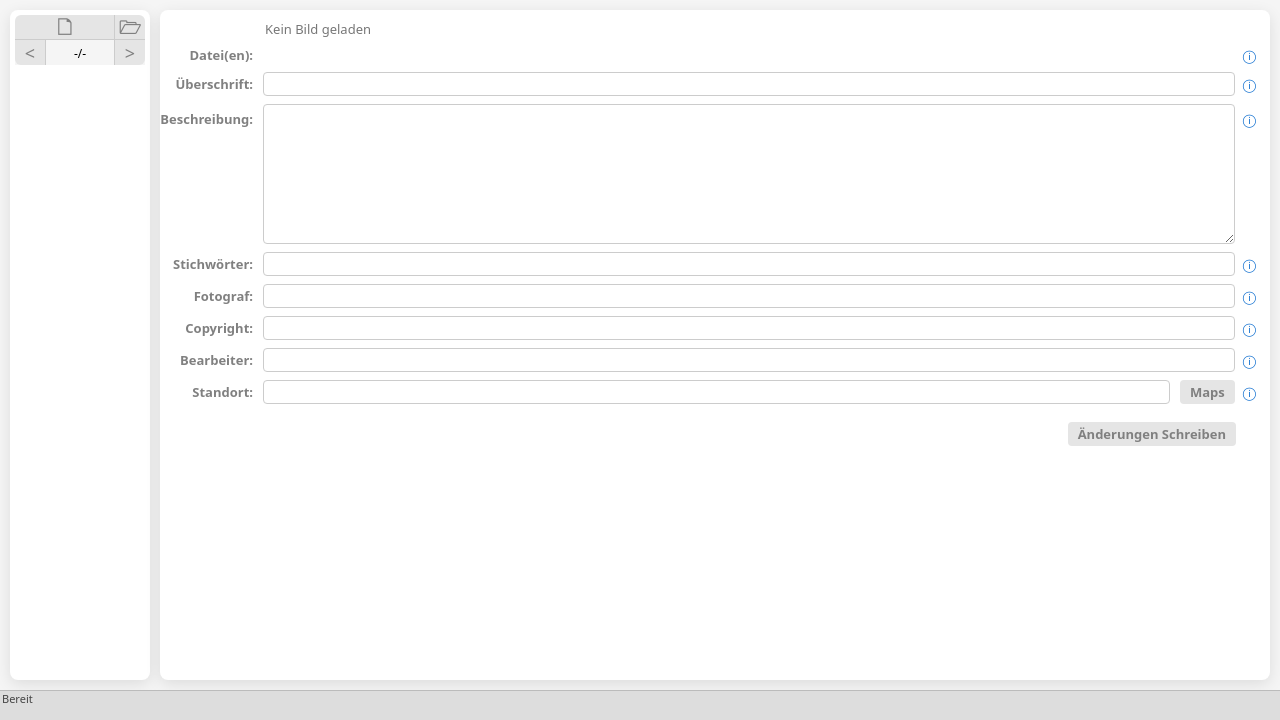
Repository: h-fahle/metadata
Page: ui/index.html
These files come from the project's save history. The page is drawn as it stood at one moment and after the next save; the edit follows.
The browser window is 1280 px wide. The pictures show the whole page.
The first visible `.form-row input` has the focus.

Above is the page before, as saved 2026-08-25 09:53:14.
Console error: TypeError: Cannot read properties of undefined (reading 'core')

### ui/index.html
<!DOCTYPE html>
<html lang="de">

<head>
	<meta charset="UTF-8">
	<title>Tauri ExifTool Test</title>
	<script src="script.js" defer></script>
	<link rel="stylesheet" href="style.css">
</head>

<body>

	<main id="main-container">

		<!-- Das Vorschaubild links -->
		<aside id="sidebar">

			<div class="split-button-container">
				<div class="main-row">
					<button class="open-files" onclick="waehleUndLadeBilder(false, true)">&#x1F5CB;</button>
					<button class="open-folder" onclick="waehleUndLadeBilder(true, false)">&#x1F5C1;</button>
				</div>
				<div class="pager-row">
					<button class="pager-btn prev-btn" onclick="blaettern(-1)">&lt;</button>
					<div id="img-nummer" class="pager-display">-/-</div>
					<button class="pager-btn next-btn" onclick="blaettern(1)">&gt;</button>
				</div>
			</div>

			<img id="vorschau-bild" src="" style="display:none;" />
			<div id="bild-info" style="text-align:center;">
				<span id="img-datum"></span><br>
				<span id="img-groesse"></span>
			</div>
		</aside>

		<!-- Das Formular rechts -->
		<section id="form-container">

			<div id="ordner-pfad">Kein Bild geladen</div>

			<div class="form-row">
				<label for="filename">Datei(en):</label>
				<div id="dynamischerBereich" style="width: 100%;">
					<!-- Input- / oder Select-Element -->
				</div>
				<div class="tooltip-container">
					<span class="info-icon">ⓘ</span>
					<div class="tooltip-box">Im Einzelmodus: Änderung des Dateinamens bewirkt Umbenennung der Datei.
						Im Stapelmodus: Dateinamen sind nicht änderbar.!
					</div>
				</div>
			</div>

			<div class="form-row">
				<label for="caption">Überschrift:</label>
				<input type="text" id="caption" name="caption" />
				<div class="tooltip-container">
					<span class="info-icon">ⓘ</span>
					<div class="tooltip-box">Auch: (Dokument-)Titel, Schlagzeile, Headline
					</div>
				</div>
			</div>

			<div class="form-row form-row-top">
				<label for="description">Beschreibung:</label>
				<textarea id="description" name="description"></textarea>
				<div class="tooltip-container">
					<span class="info-icon">ⓘ</span>
					<div class="tooltip-box">Beschreibender Text in beliebiger Länge.
						(Im Stapelmodus wird der eingegebene Text
						&nbsp;&nbsp; an vorhandenen angehängt.)
						Hinweis: Einige Programme zeigen nur 2.000 Zeichen
						&nbsp;&nbsp; oder auch weniger an.
					</div>
				</div>
			</div>

			<div class="form-row">
				<label for="keywords">Stichwörter:</label>
				<input type="text" id="keywords" name="keywords" />
				<div class="tooltip-container">
					<span class="info-icon">ⓘ</span>
					<div class="tooltip-box">Komma-separierte Liste. Groß-/Kleinschreibung beachten.
						Im Stapelmodus werden die eingegebenen Stichwörter
						&nbsp;&nbsp; an vorhandene angehängt.
					</div>
				</div>
			</div>

			<div class="form-row">
				<label for="creator">Fotograf:</label>
				<input type="text" id="creator" name="creator" />
				<div class="tooltip-container">
					<span class="info-icon">ⓘ</span>
					<div class="tooltip-box">Urheber, Ersteller, Autor
						(Tags: Artitst, Creator, By-line)
					</div>
				</div>
			</div>

			<div class="form-row">
				<label for="copyright">Copyright:</label>
				<input type="text" id="copyright" name="copyright" />
				<div class="tooltip-container">
					<span class="info-icon">ⓘ</span>
					<div class="tooltip-box">Urheberrechtshinweis; enthält in der Regel:
						Name des Fotografen, Aufnahmejahr und Nutzungsrechte;
						(z.B. 'Copyright [1975] [Mustermann], Alle Rechte vorbehalten')
					</div>
				</div>
			</div>

			<div class="form-row">
				<label for="editor">Bearbeiter:</label>
				<input type="text" id="editor" name="editor" />
				<div class="tooltip-container">
					<span class="info-icon">ⓘ</span>
					<div class="tooltip-box">Verfasser der Metadaten
						(Tags: Caption Writer, Writer Editor)
					</div>
				</div>
			</div>

			<div class="form-row">
				<label for="position">Standort:</label>
				<input type="text" id="position" name="position" />
				<button type="button" onclick="zeigeMaps(event)">Maps</button>
				<div class="tooltip-container">
					<span class="info-icon">ⓘ</span>
					<div class="tooltip-box">GPS-Koordinaten in Dezimalgrad (z.B.: 51.49129, 8.43317).
						Ermitteln der Koordinaten in der Google Maps-Karte:
						&nbsp; 1. mit rechter Maustaste auf den Standort klicken,
						&nbsp; 2. auf die angezeigten Koordinaten klicken,
						&nbsp; 3. der so gespeicherte Wert kann mit Strg+V
						&nbsp;&nbsp;&nbsp;&nbsp;&nbsp;&nbsp; hier eingefügt werden.
					</div>
				</div>
			</div>

			<!-- Button-Leiste -->
			<div class="button-group">
				<button type="button" onclick="exifSchreiben(event)">Änderungen
					Schreiben</button>
			</div>

		</section> <!-- Ende der form-containers-->
	</main> <!-- Ende des main-containers -->

	<footer id="statusleiste">
		<div id="status-text">
			Bereit
		</div>
	</footer>


</body>

</html>

### ui/style.css
:root {
	--app-font: system-ui, -apple-system, "Segoe UI", Roboto, Helvetica, Arial, sans-serif;
	--app-font-size: 13px;
}

/* 1. Das App-Fenster exakt auf 100% fixieren (kein äußeres Scrollen) */
html, body {
	margin: 0;
	padding: 0;
	height: 100vh;
	width: 100vw;
	overflow: hidden; /* Verhindert jegliche äußere Scrollbalken */
	background: #f5f5f5;
	display: flex;
	flex-direction: column; /* Hauptinhalt oben, Statusleiste unten */
	font-family: var(--app-font);
	font-size: var(--app-font-size);
}

input,
textarea,
button,
select {
	font-family: var(--app-font) !important;
	font-size: var(--app-font-size) !important;
}

/* Allumfassender Box-Sizing-Fix für die gesamte App */
*, *::before, *::after {
	box-sizing: border-box;
}

/* 2. Der Hauptbereich füllt den gesamten oberen Platz aus --------------------------- */
#main-container {
	flex: 1;
	display: flex;
	flex-direction: row; /* Elemente nebeneinander */
	gap: 10px;
	padding: 10px;
	overflow: hidden; /* Verhindert, dass Riesen-Inhalte das Fenster sprengen */
}

/* 3. LINKS: Die Sidebar mit fester Breite */
#sidebar {
	width: 140px;
	min-width: 140px; /* Lässt die Sidebar niemals schrumpfen */
	background-color: #ffffff;
	border-radius: 8px;
	padding: 5px;
	box-shadow: 0 4px 15px rgba(0, 0, 0, 0.1);
}

#vorschau-bild {
	max-width: 130px;
	margin: 15px auto;
	height: auto;
}

/* 4. RECHTS: Das Formular nimmt den gesamten Rest ein und wächst mit */
#form-container {
	flex: 1; /* Nimmt 100% des restlichen Platzes ein */
	min-width: 0; /* Erlaubt Flexbox, die Box bei Bedarf zu verkleinern */
	background-color: #ffffff;
	border-radius: 8px;
	padding: 10px;
	display: flex;
	flex-direction: column;
	gap: 8px;
	box-shadow: 0 4px 15px rgba(0, 0, 0, 0.1);
}

#ordner-pfad {
	margin-left: 95px !important;
	color: #777777;
}

/* Jede Zeile wird zu einer horizontalen Flexbox */
.form-row {
	display: flex !important;
	flex-direction: row;
	align-items: center; /* Richtet Label und Input vertikal mittig zueinander aus */
	gap: 10px;           /* Abstand zwischen Label und Input */
	width: 100%;
}

/* Die Labels bekommen eine feste Breite, damit alle Inputs sauber untereinander starten */
.form-row label {
	width: 95px;         /* Breite je nach längstem Label-Text anpassen */
	min-width: 95px;     /* Verhindert, dass das Label zusammengedrückt wird */
	text-align: right;   /* Optional: Richtet den Text rechtsbündig zum Input aus */
	color: gray;
	font-weight: bold;
	margin-left: -12px;
}

/* Die Eingabefelder füllen jetzt den gesamten restlichen Platz der Zeile aus */
.form-row input,
.form-row textarea,
.form-row select {
	flex: 1;             /* Zwingt das Input-Feld, den Rest der Zeile einzunehmen */
	width: 100%;
	min-width: 0;        /* Erlaubt dem Input, bei sehr kleinen Fenstern stabil zu schrumpfen */
	border: 1px solid #ccc;
	border-radius: 4px;
	padding: 2px;
	-webkit-font-smoothing: antialiased;
	outline: none;
}
.form-row select {
	height: 25px;
	padding: 0;
}
.form-row textarea {
	min-height: 140px;
}

/* Ändert die Ausrichtung für die Textarea-Zeile nach oben */
.form-row-top {
	align-items: flex-start !important; /* Richtet Label, Textarea und Icon oben aus */
}
.form-row-top label,
.form-row-top .tooltip-container {
	padding-top: 6px; /* Verhindert, dass das Label zu weit oben klebt */
}


/* 5. UNTEN: Die Statusleiste mit fixer Höhe und eigenem Scrollbalken */
#statusleiste {
	height: 30px;  /* Feste Höhe für ca. 2 Zeilen Text */
	min-height: 30px;
	border-top: 1px solid #bbb;
	background-color: #ddd;
	font-size: 11px;
	color: #444;
	padding: 0 2px;
	overflow-y: auto;  /* Vertikaler Scrollbalken erscheint NUR bei Bedarf */
	overflow-x: hidden;  /* Verhindert horizontales Scrollen in der Statusleiste */
	-webkit-font-smoothing: antialiased;
}


/* Bedien-Elemente -------------------------------------------- */
button {
	padding: 3px 10px;
	font-weight: bold;
	cursor: pointer;
	border: none;
	background-color:#e5e5e5;
	color: gray;
}
button:hover {
	background-color: gray;
	color: white;
}
.button-group button,
.form-row button {
	border-radius: 4px;
}

	/* ------------------------------------------------------------------------------ */
	/* Container hält die Steuer-Buttons zusammen */
	.split-button-container {
	  display: inline-flex;
	  flex-direction: column;
	  position: relative;
	  font-family: system-ui, -apple-system, sans-serif;
	  width:130px;
	}

	/* Obere Reihe */
	.main-row {
	  height: 25px;
	  display: flex;
	  border-bottom: 1px solid #ccc; /* Trennlinie zur zweiten Reihe */
	}

	/* Untere Reihe */
	.pager-row {
	  height: 25px;
	  display: flex;
	  align-items: center;
	  background-color: #f5f5f5;
	}

	/* Gemeinsames Design für die Button-Teile */
	.open-files,
	.open-folder,
	.prev-btn,
	.next-btn {
	  font-size: 18px  !important;
	  padding: 0;
	  cursor: pointer;
	  transition: background-color 0.2s;
	}
	.prev-btn,
	.next-btn {
		font-weight: normal;
	}

	/* Hauptbutton oben links */
	.open-files {
	  width: 100%;
	  border-top-left-radius: 6px;
	  border-right: 1px solid #ccc
	}

	/* Pfeilbutton oben rechts */
	.open-folder {
	  width: 30%;
	  border-top-right-radius: 6px;
	}

	/* Blätter-Buttons unten links und rechts */
	.pager-btn {
	  width: 30px;
	  height: 100%;
	  display: flex;
	  align-items: center;
	  justify-content: center;
	  transition: background-color 0.2s;
	}
	.prev-btn {
		border-bottom-left-radius: 6px;
	}
	.next-btn {
		border-bottom-right-radius: 6px;
	}

	.pager-display {
	  height: 100%;
	  flex-grow: 1; /* Nimmt den gesamten Platz in der Mitte ein */
	  text-align: center;
	  font-size: 12px;
	  padding: 5px 0;
	  border-left: 1px solid #ccc;
	  border-right: 1px solid #ccc;
	  user-select: none; /* Verhindert versehentliches Markieren beim Klicken */
	}



/* Der Absendeknopf richtet sich nach den Eingabefeldern aus */
.button-group {
	display: flex;
	justify-content: flex-end;
	margin: 10px 24px 0 0;
}

.button-group button {
	margin-left: 5px;
}


/* Tooltip ---------------------------------------------------------- */

/* Container für das Icon und die Box */
.tooltip-container {
	position: relative; /* Wichtig, damit sich die Box am Icon ausrichtet */
	display: inline-flex;
	align-items: center;
	cursor: help;       /* Zeigt das Fragezeichen/Hilfe-Symbol als Mauszeiger */
	margin-left: -6px;
}

/* Das Info-Icon selbst */
.info-icon {
	color: #0066cc;     /* Schönes Info-Blau */
	padding: 0 4px;
	font-size: 13px;
}

.tooltip-box {
	display: none;
	position: fixed;

	width: max-content;
	max-width: 400px;      /* Verhindert, dass der Tooltip bei sehr viel Text das Fenster sprengt */
	white-space: pre-line;

	background-color: lightyellow;
	color: black;
	border: 1px solid gray;
	padding: 2px 4px;
	border-radius: 6px;
	font-size: 11px;
	line-height: 1.4;
	box-shadow: 0 4px 10px rgba(0, 0, 0, 0.2);
	z-index: 1001;   /* Über der Statusleiste (1000), falls sie sich überschneiden */

  	/* Verschiebt den Tooltip komplett nach links,
     sodass seine rechte Kante am Cursor sitzt */
 	transform: translate(-100%, 40%);

	/* Animation & Verstecken */
	transition: opacity 0.2s ease-in-out, visibility 0.2s;
	pointer-events: none; /* Verhindert, dass die Box beim unabsichtlichen Drüberfahren flackert */
}

/* Zeige den Tooltip nur, wenn die Maus über dem Container ist */
.tooltip-container:hover .tooltip-box {
  display: block;
}

Loaded but not shown: ui/script.js (347 lines, source omitted)

After the next save:
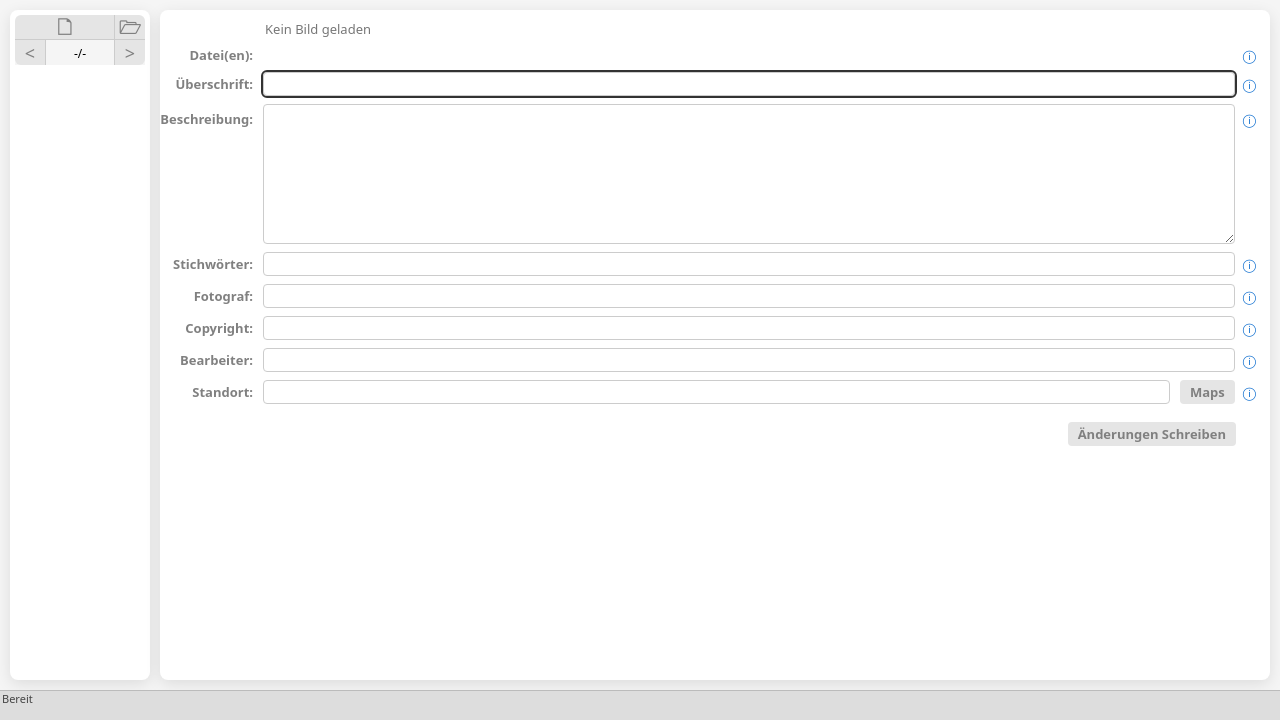
Saved 2 min 33 s later.
--- a/ui/style.css
+++ b/ui/style.css
@@ -113,6 +113,9 @@ select {
 .form-row textarea {
 	min-height: 140px;
 }
+.form-row input:focus-visible {
+	outline: 2px solid #333;
+}
 
 /* Ändert die Ausrichtung für die Textarea-Zeile nach oben */
 .form-row-top {
